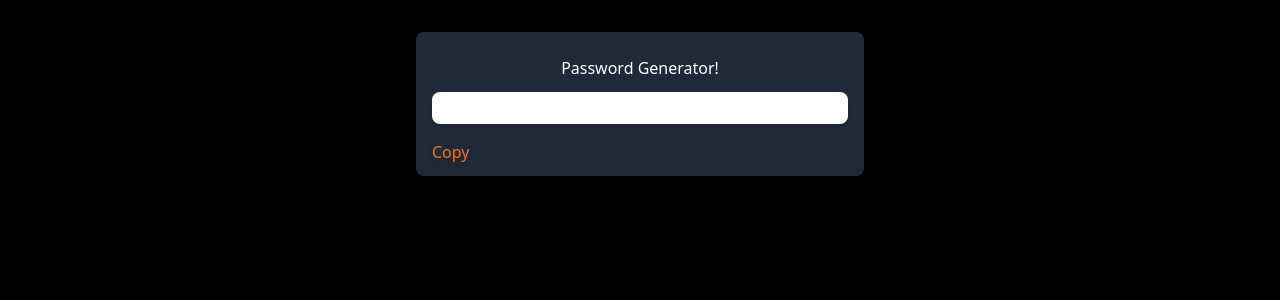
Repository: tirth2014/chai-aur-react
Page: / (app in 05_password-generator/)
These files come from the project's save history. The page is drawn as it stood at one moment and after the next save; the edit follows.
The browser window is 1280 px wide. The pictures show the whole page.
The project was rebuilt for these pictures with package versions that can differ from the ones it lists, and the page was loaded fresh each time. Also part of the build but not shown: 05_password-generator/vite.config.js.

Above is the page before, as saved 2023-10-07 16:42:54.

After the next save:
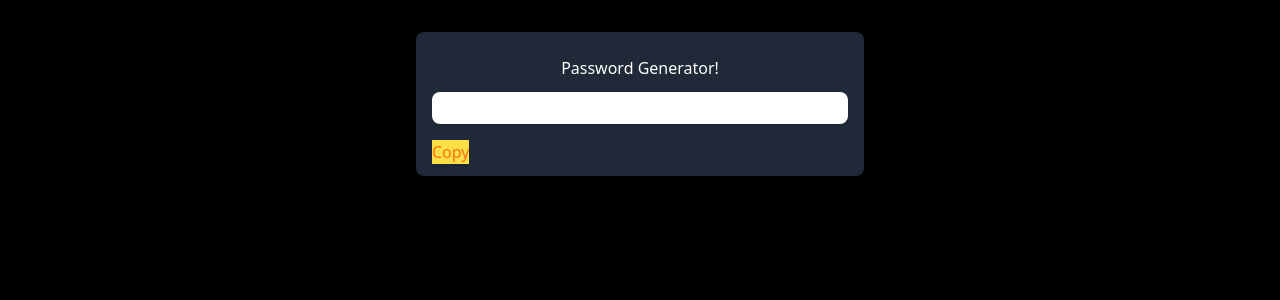
Saved 17 s later.
--- a/05_password-generator/src/App.jsx
+++ b/05_password-generator/src/App.jsx
@@ -20,7 +20,7 @@ function App() {
           className='outline-none w-full py-1 px-3'
           />
         </div>
-        <button className='shadow'>Copy</button>
+        <button className='shadow bg-yellow-300'>Copy</button>
       </div>
     </>
   )
